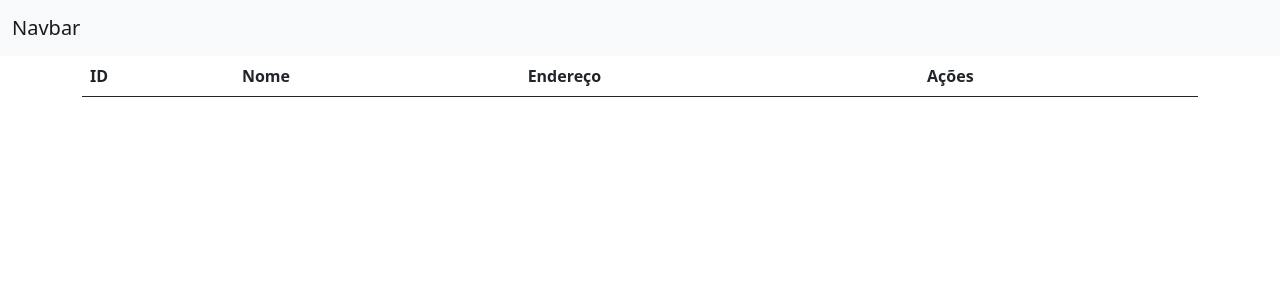
Repository: Luckycaat/eloquent-ORM
Page: http://localhost/clients
These files come from the project's save history. The page is drawn as it stood at one moment and after the next save; the edit follows.
The browser window is 1280 px wide. The pictures show the whole page.
The page is served by the project's Laravel application, run on PHP 8.4 with Laravel 9. Other server files are loaded and not shown. Queries for data that is not in the repository find no rows.

Above is the page before, as saved 2022-09-20 14:48:17.

### routes/web.php
<?php

use App\Http\Controllers\ClientController;
use App\Http\Controllers\Saudacao;
use App\Http\Controllers\SiteController;

use Illuminate\Support\Facades\Route;

/*
|--------------------------------------------------------------------------
| Web Routes
|--------------------------------------------------------------------------
|
| Here is where you can register web routes for your application. These
| routes are loaded by the RouteServiceProvider within a group which
| contains the "web" middleware group. Now create something great!
|
*/

// Route::get('/', function () {
//     return view('welcome');
// });

Route::get('/', [SiteController::class, 'index']);
Route::get('/sobre', [SiteController::class, 'sobre']);
Route::get('/servicos', [SiteController::class, 'servicos']);
Route::get('/servico/{id}', [SiteController::class, 'servico']);

Route::get('/saudacao/{nome?}', Saudacao::class);

Route::get('/clients', [ClientController::class, 'index']);

### app/Http/Controllers/Saudacao.php
<?php

namespace App\Http\Controllers;

use Illuminate\Contracts\View\View;
use Illuminate\Http\Request;

class Saudacao extends Controller
{
    /**
     * Handle the incoming request.
     *
     * @param  string $nome
     * @return void
     */
    public function __invoke(string $nome = 'Pedro')
    {
        return view('saudacao', [
            'nome' => $nome,
        ]);
        // return view('saudacao')->with('nome', $nome);

    }
}

### app/Http/Controllers/ClientController.php
<?php

namespace App\Http\Controllers;

use Illuminate\Http\Request;
use App\Models\Client;

class ClientController extends Controller
{
    public function index()
    {
        $clients = Client::get();

        return view('clients.index', [
            'clients' => $clients,
        ]);
    }
}

### resources/views/clients/index.blade.php
<!doctype html>
<html lang="en">

<head>
    <!-- Required meta tags -->
    <meta charset="utf-8">
    <meta name="viewport" content="width=device-width, initial-scale=1">

    <!-- Bootstrap CSS -->
    <link href="https://cdn.jsdelivr.net/npm/bootstrap@5.0.2/dist/css/bootstrap.min.css" rel="stylesheet"
        integrity="sha384-EVSTQN3/azprG1Anm3QDgpJLIm9Nao0Yz1ztcQTwFspd3yD65VohhpuuCOmLASjC" crossorigin="anonymous">

    <title>Hello, world!</title>
</head>

<body>
    <nav class="navbar navbar-light bg-light">
        <div class="container-fluid">
            <a class="navbar-brand" href="#">Navbar</a>
        </div>
    </nav>

    <div class="container">
        <table class="table">
            <thead>
                <tr>
                    <th scope="col">ID</th>
                    <th scope="col">Nome</th>
                    <th scope="col">Endereço</th>
                    <th scope="col">Ações</th>
                </tr>
            </thead>
            <tbody>
                @foreach ($clients as $client)
                    <tr>
                        <th scope="row">{{ $client->id }}</th>
                        <td>{{ $client->nome }}</td>
                        <td>{{ $client->endereco }}</td>
                        <td></td>
                    </tr>
                @endforeach
            </tbody>
        </table>
    </div>

    <!-- Optional JavaScript; choose one of the two! -->

    <!-- Option 1: Bootstrap Bundle with Popper -->
    <script src="https://cdn.jsdelivr.net/npm/bootstrap@5.0.2/dist/js/bootstrap.bundle.min.js"
        integrity="sha384-MrcW6ZMFYlzcLA8Nl+NtUVF0sA7MsXsP1UyJoMp4YLEuNSfAP+JcXn/tWtIaxVXM" crossorigin="anonymous">
    </script>

    <!-- Option 2: Separate Popper and Bootstrap JS -->
    <!--
    <script src="https://cdn.jsdelivr.net/npm/@popperjs/core@2.9.2/dist/umd/popper.min.js"
        integrity="sha384-IQsoLXl5PILFhosVNubq5LC7Qb9DXgDA9i+tQ8Zj3iwWAwPtgFTxbJ8NT4GN1R8p" crossorigin="anonymous">
    </script>
    <script src="https://cdn.jsdelivr.net/npm/bootstrap@5.0.2/dist/js/bootstrap.min.js"
        integrity="sha384-cVKIPhGWiC2Al4u+LWgxfKTRIcfu0JTxR+EQDz/bgldoEyl4H0zUF0QKbrJ0EcQF" crossorigin="anonymous">
    </script>
    -->
</body>

</html>

Loaded but not shown: app/Http/Controllers/Controller.php (common file); app/Models/Client.php (common file)

After the next save:
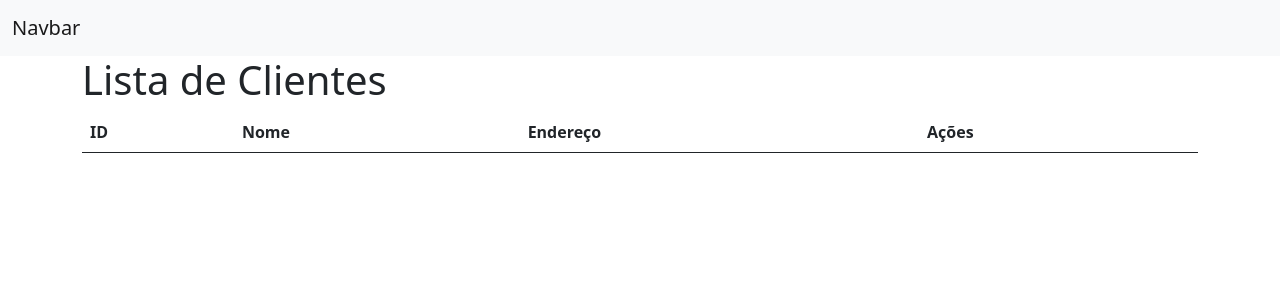
Saved 85 s later.
--- a/resources/views/clients/index.blade.php
+++ b/resources/views/clients/index.blade.php
@@ -21,6 +21,7 @@
     </nav>
 
     <div class="container">
+        <h1>Lista de Clientes</h1>
         <table class="table">
             <thead>
                 <tr>
